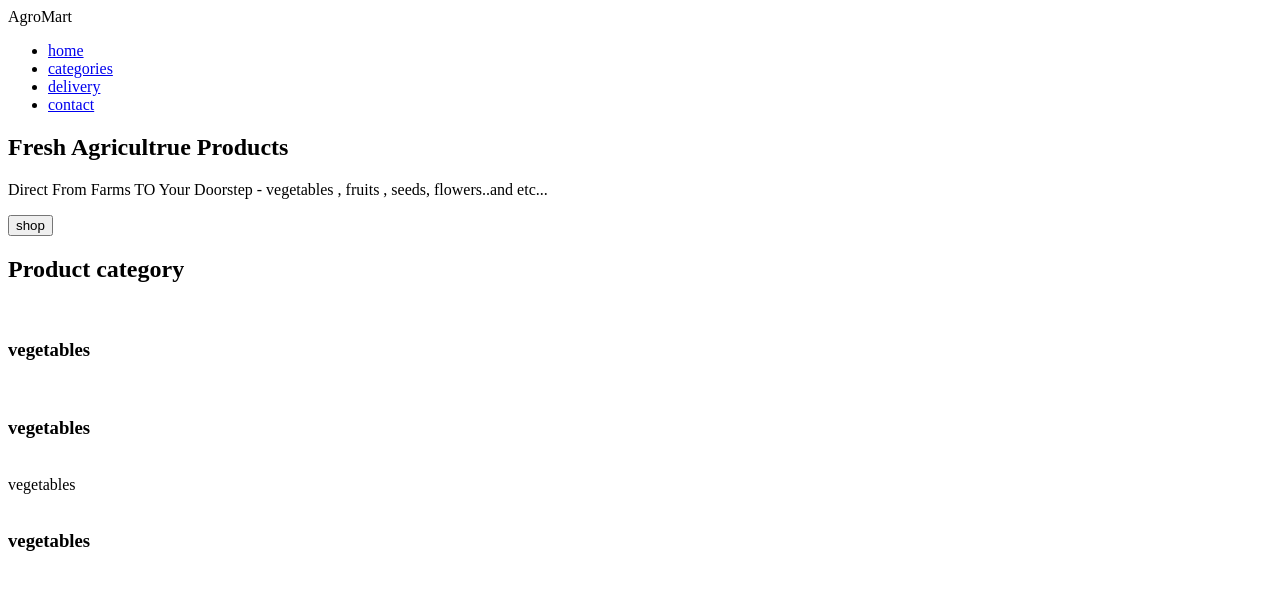
Repository: wingming07/Agro_mart
Page: index.html
These files come from the project's save history. The page is drawn as it stood at one moment and after the next save; the edit follows.
The browser window is 1280 px wide. The pictures show the whole page.

Above is the page before, as saved 2025-06-09 14:39:31.

### index.html
<!DOCTYPE html>
<html lang="en">
<head>
    <meta charset="UTF-8">
    <meta name="viewport" content="width=device-width, initial-scale=1.0">
    <title>AgroMart- fresh from garden</title>
</head>
<body>
    <header>
        <nav class="navbar">
            <div class="logo">AgroMart</div>
                <ul class="nav-links">
                    <li><a href="#home">home</a></li>
                        <li><a href="#categories">categories</a></li>
                            <li><a href="#delivery">delivery</a></li>
                                <li><a href="#contact">contact</a></li>
                </ul>
        </nav>
    </header>
    <section id="home" class="hero">
        <div class="hero-content">
            <h1>Fresh Agricultrue Products</h1>
            <p>Direct From Farms TO Your Doorstep - vegetables , fruits , seeds, flowers..and etc...</p>
            <button type="button" onclick="scrollToSection('categories')">shop</button>
            </div>
        </section>
        <section id="categories" class="categories">
            <h2>Product category</h2>
            <div class="category-container">
                <div class="category-card">
                    <img src="" alt=""/>
                    <h3>vegetables</h3>
                </div>
                <div class="category-card">
                    <img src="" alt=""/>
                    <h3>vegetables<h3>
                </div>
                <div class="category-card">
                    <img src="" alt=""/>
                    <div>vegetables</h3>
                </div>
                <div class="category-card">
                    <img src="" alt=""/>
                    <h3>vegetables<h3>
                </div>
            </div>
    </body>
</html>

After the next save:
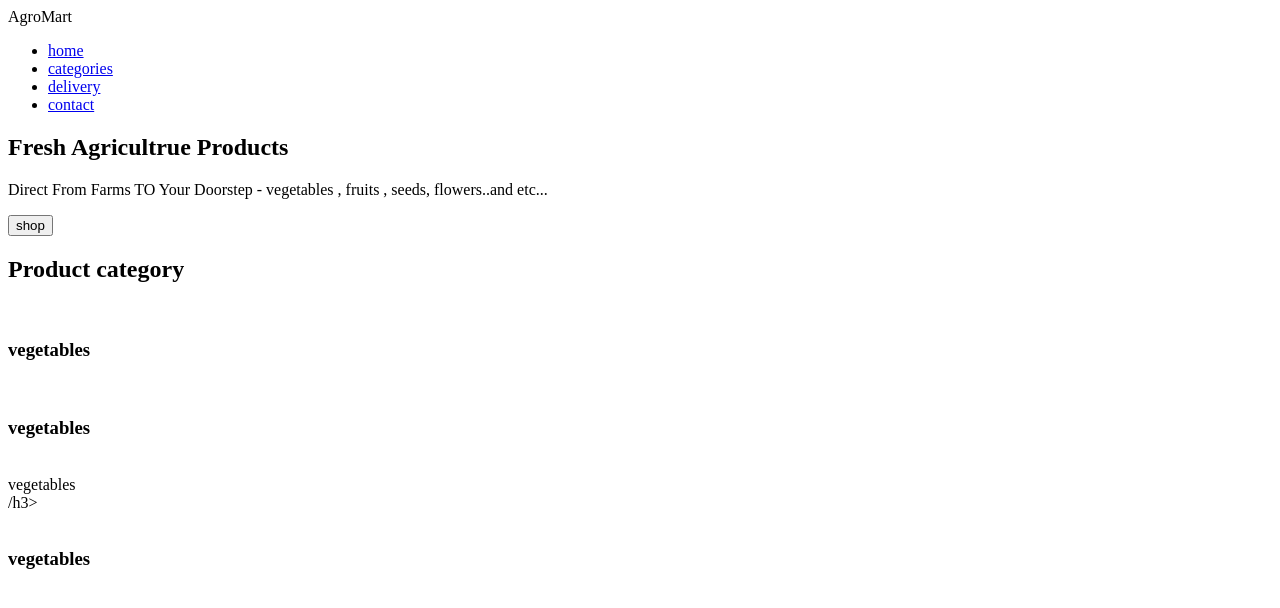
Saved 5 s later.
--- a/index.html
+++ b/index.html
@@ -37,7 +37,7 @@
                 </div>
                 <div class="category-card">
                     <img src="" alt=""/>
-                    <div>vegetables</h3>
+                    <div>vegetables</div>/h3>
                 </div>
                 <div class="category-card">
                     <img src="" alt=""/>

After the save that followed:
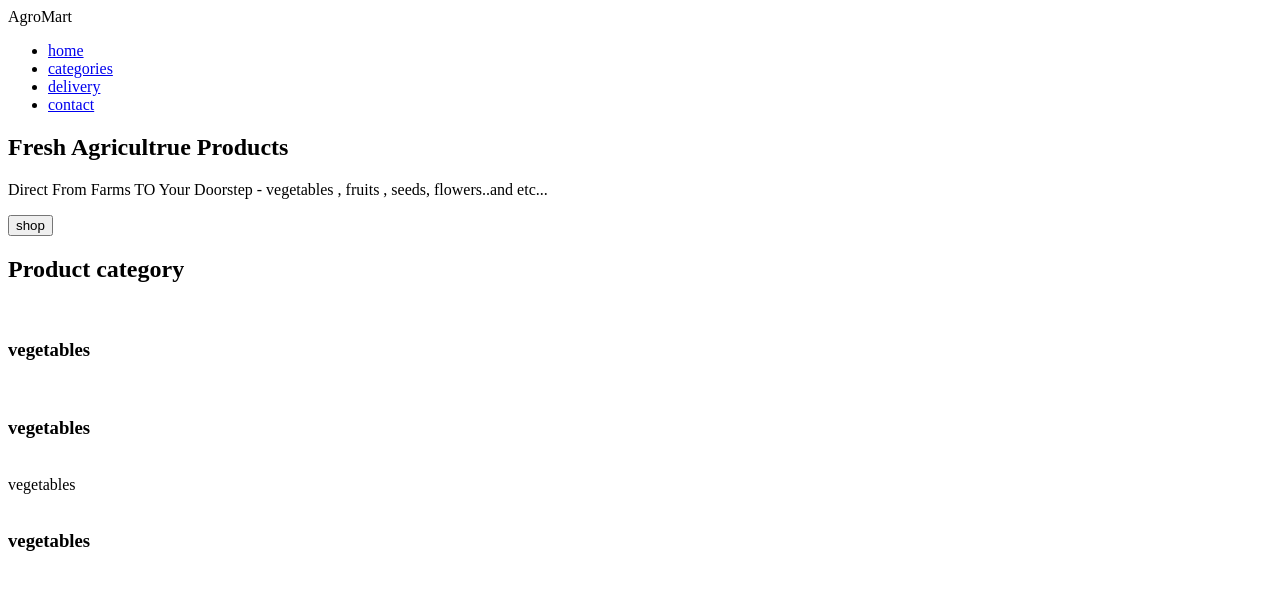
Saved 8 s later.
--- a/index.html
+++ b/index.html
@@ -37,7 +37,7 @@
                 </div>
                 <div class="category-card">
                     <img src="" alt=""/>
-                    <div>vegetables</div>/h3>
+                    <div>vegetables</h3>
                 </div>
                 <div class="category-card">
                     <img src="" alt=""/>
